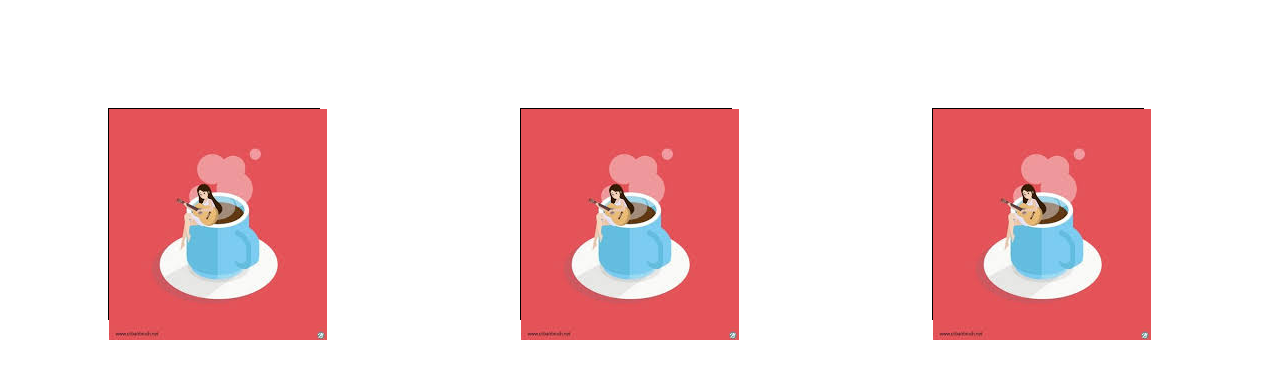
Repository: b1996om/HTML-CSS_study
Page: pro08/public/transform-skew.html
An editor plug-in stored every save of this project. The page is shown before and after the next save, followed by the edit.
The browser window is 1280 px wide. The pictures show the whole page.
The pointer rests on the first visible `.skewx`.

Above is the page before, as saved 2022-12-08 06:42:11.

### pro08/public/transform-skew.html
<!DOCTYPE html>
<html lang="ko">
<head>
	<meta charset="utf-8">
	<title>Transform</title>
	<style>
		.origin {
			width:210px;
			height:210px;
			border:1px solid black;
			float:left;
			margin:100px;
		}
		.skewx:hover {
			transform:skewX(30deg;)
		}
	</style>
</head>
<body>
	<div class="origin">
		<div class="skewx">
			<img src="images/coffee.jpg">
		</div>
	</div>
	<div class="origin">
		<div class="skewey">
			<img src="images/coffee.jpg">
		</div>
	</div>
	<div class="origin">
		<div class="skewxy">
			<img src="images/coffee.jpg">
		</div>
	</div>
</body>
</html>

After the next save:
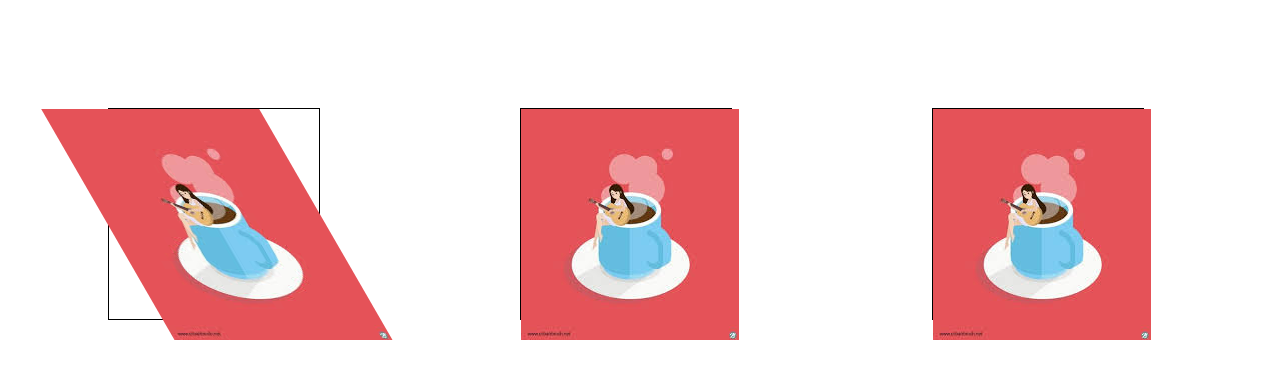
Saved 5 s later.
--- a/pro08/public/transform-skew.html
+++ b/pro08/public/transform-skew.html
@@ -12,7 +12,7 @@
 			margin:100px;
 		}
 		.skewx:hover {
-			transform:skewX(30deg;)
+			transform:skewX(30deg);
 		}
 	</style>
 </head>
